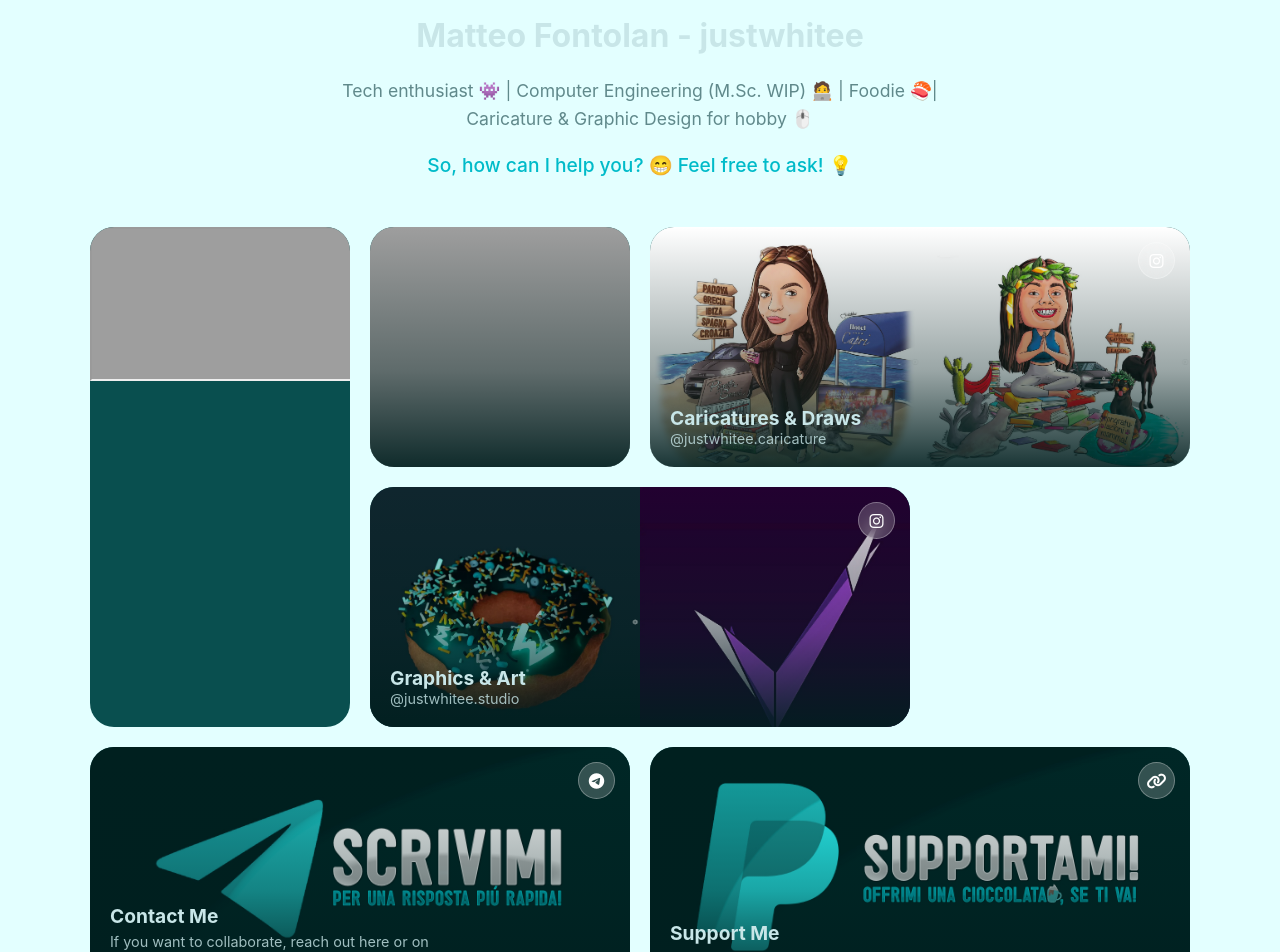
Repository: itsjustwhitee/itsjustwhitee.github.io
Page: bento/index.html
The author's editor kept a copy of each file at every save. The page is drawn from the files as they stood at one save, then again after the next save.
The browser window is 1280 px wide. The pictures show the part of the page from y = 364 to 1316 px (the page is 2431 px tall).
Pictures or frames that could not be fetched are drawn as grey boxes.

Above is the page before, as saved 2026-01-17 21:50:19.

### bento/index.html
<!DOCTYPE html>
<html lang="en">
<head>
    <meta charset="UTF-8">
    <meta name="viewport" content="width=device-width, initial-scale=1.0">
    <title>justwhitee's bento</title>
    <link rel="stylesheet" href="style.css">
    <link rel="stylesheet" href="https://cdnjs.cloudflare.com/ajax/libs/font-awesome/6.5.1/css/all.min.css">
</head>
<body>
    <div class="container">
        <!-- Profile Header -->
        <header class="profile-header">
            <img src="./assets/propic.jpg" alt="That should've been me :C" class="profile-pic">
            <h1>Matteo Fontolan - justwhitee</h1>
            <p class="bio">Tech enthusiast 👾 | Computer Engineering (M.Sc. WIP) 🧑‍💻 | Foodie 🍣| Caricature & Graphic Design for hobby 🖱️
            </p>
            <p class="cta">So, how can I help you? 😁 Feel free to ask! 💡</p>
        </header>

        <!-- Bento Grid -->
        <main class="bento-grid" id="bento-grid">
            <!-- Contents will be displayed here by JS -->
        </main>
    </div>
    <script src="script.js"></script>
</body>
</html>

### bento/style.css
:root {
    --bg-color: #e3ffff;
    --card-bg: #094f4f;
    --text-light: #c8e6e8;
    --text-dim: #60898b;
    --accent: #00bbc9;
    --radius: 24px;
}

body {
    font-family: 'Inter', sans-serif;
    background-color: var(--bg-color);
    color: var(--text-light);
    margin: 0;
    padding: 40px 20px;
}

.container {
    max-width: 1100px;
    margin: 0 auto;
}

.profile-header {
    text-align: center;
    margin-bottom: 50px;
}

.profile-pic {
    width: 300;
    height: 300px;
    border-radius: 50%;
    object-fit: cover;
    margin-bottom: 15px;
}

/* Dinamic Grid */
.bento-grid {
    display: grid;
    grid-template-columns: repeat(4, 1fr); /* 4 columns on desktop */
    grid-auto-rows: 240px; /* Base height of every slot */
    gap: 20px;
}

/* Base Card */
.card {
    position: relative;
    background: var(--card-bg);
    border-radius: var(--radius);
    transition: transform 0.3s ease;
    overflow: hidden;
}

.card:hover {
    transform: translateY(-5px);
}

/* Cards dimensions */
.small { grid-column: span 1; grid-row: span 1; } /* Square 1x1 */
.wide  { grid-column: span 2; grid-row: span 1; } /* Horizontal Rectangle 2x1 */
.tall  { grid-column: span 1; grid-row: span 2; } /* Vertical Rectangle 1x2 */
.large { grid-column: span 2; grid-row: span 2; } /* Large Square 2x2 */

/* Overlay for background images (for text readability) */
.card-image-bg {
    position: absolute;
    top: 0; left: 0; width: 100%; height: 100%;
    background-size: cover;
    background-position: center;
    z-index: 1;
    transition: transform 0.5s ease;
}
.card-image-bg[style*="background-color"] {
    opacity: 1;
}

/* Internal Cards styles */
.card h3 {
    font-size: 1.3rem;
    margin: 0;
    font-weight: 700;
    /* text-shadow: 0 2px 4px rgba(0,0,0,0.5); /* Leggibilità sopra le foto */
}
.card p {
    font-size: 0.9rem;
    opacity: 0.9;
    margin-top: 5px;
}

/* Responsive: scale tablet and mobile */
@media (max-width: 900px) {
    .bento-grid { grid-template-columns: repeat(2, 1fr); }
}

@media (max-width: 600px) {
    .bento-grid {
        grid-template-columns: 1fr;
        grid-auto-rows: auto;
    }
    .small, .wide, .tall, .large {
        grid-column: span 1;
        grid-row: auto;
        min-height: 250px;
    }
}
.card.wide[style*="background-color"] .overlay {
    justify-content: center;
}

.overlay {
    position: absolute;
    bottom: 0;
    left: 0;
    width: 100%;
    height: 100%;
    /* Gradiente scuro dal basso verso l'alto per far risaltare il testo bianco */
    background: linear-gradient(to top, rgba(0, 31, 31, 0.9) 0%, rgba(0, 31, 31, 0.4) 40%, transparent 100%);
    display: flex;
    flex-direction: column;
    justify-content: flex-end;
    padding: 20px;
    box-sizing: border-box;
    z-index: 2;
}

.bio {
    font-size: 1.1rem;
    color: var(--text-dim);
    max-width: 600px;
    margin: 10px auto;
    line-height: 1.6;
}

.cta {
    font-size: 1.2rem;
    font-weight: 500;
    margin-top: 20px;
    color: var(--accent);
}

/* linkable cards (graphical elements) */
.card-link {
    text-decoration: none;
    color: inherit;
    cursor: pointer;
    display: block;
}

/* Hover effect more emphatized*/
.card-link:hover .card-image-bg {
    transform: scale(1.1);
}

/* Avoid that the iframe "eats" the click if the card is a link */
.iframe-container {
    width: 100%;
    height: 100%;
    pointer-events: none; /* Makes the iframe non-interactive so the click passes to the card */
}

/* Allign title and icon in a row */
.title-row {
    display: flex;
    align-items: center;
    gap: 12px;
    margin-bottom: 5px;
}

.card-icon {
    font-size: 1.5rem; /* icon size */
    display: flex;
    align-items: center;
    justify-content: center;
}

.overlay h3 {
    margin: 0;
    font-size: 1.2rem;
}

.overlay p {
    margin: 0;
    font-size: 0.9rem;
    opacity: 0.8;
}

/* Grid for Instagram manual cards */
.ig-grid-container {
    display: grid;
    grid-template-columns: 1fr 1fr;
    grid-template-rows: 1fr 1fr;
    width: 100%;
    height: 100%;
    gap: 0;
}

.ig-photo {
    width: 100%;
    height: 100%;
    object-fit: cover;
}

/* Icon in the corner for cards with links */
.card-corner-icon {
    position: absolute;
    top: 15px;
    right: 15px;
    z-index: 10;
    background: rgba(255, 255, 255, 0.2);
    backdrop-filter: blur(8px); /* glass blurred effect */
    width: 35px;
    height: 35px;
    border-radius: 50%;
    display: flex;
    align-items: center;
    justify-content: center;
    color: white;
    font-size: 1rem;
    border: 1px solid rgba(255, 255, 255, 0.3);
}

/* Card fix for white ones */
/* If the background is white, the text must become dark to be readable */
.card[style*="background-color: #ffffff"] .overlay,
.card[style*="background-color: white"] .overlay {
    background: rgba(255, 255, 255, 0.1); /* Remove the dark gradient */
    color: #031f1f; /* Dark color same as your --bg-color */
}

.card[style*="background-color: #ffffff"] .card-icon {
    color: #031f1f;
}

/* Center content for cards without image (only color) */
.card-image-bg[style*="background-color"] + .overlay {
    justify-content: center;
    align-items: center;
    text-align: center;
    background: none; /* Remove gradient if it's only a solid color */
}

### bento/script.js
const bentoData = [
    {
        // GitHub
        type: "iframe",
        size: "tall",
        src: "https://github-readme-stats.vercel.app/api?username=itsjustwhitee&show_icons=true&theme=dark&hide_border=true",
    },
    {
        type: "image",
        size: "small",
        bg: "assets/logo_itsjustwhitee.png",
    },
    {
        type: "instagram-manual",
        size: "wide",
        title: "Caricatures & Draws",
        username: "@justwhitee.caricature",
        images: [
            "assets/justwhitee.caricature/1.png",
            "assets/justwhitee.caricature/2.png",
            "assets/justwhitee.caricature/3.png",
            "assets/justwhitee.caricature/4.png",
        ],
        link: "https://www.instagram.com/justwhitee.caricature"
    },
    {
        type: "instagram-manual",
        size: "wide",
        title: "Graphics & Art",
        username: "@justwhitee.studio",
        images: [
            "assets/justwhitee.studio/1.png",
            "assets/justwhitee.studio/2.png",
            "assets/justwhitee.studio/3.png",
            "assets/justwhitee.studio/4.png",
        ],
        link: "https://www.instagram.com/justwhitee.studio"
    },
    {
        type: "image",
        size: "wide",
        title: "Contact Me",
        desc: "If you want to collaborate, reach out here or on justwhitee.studio@gmail.com!",
        bg: "assets/writeTelegram.jpg",
        link: "https://t.me/justwhitee"
    },
    {
        type: "image",
        size: "wide",
        title: "Support Me",
        desc: "If you want to buy me a coffee or something, you can do it here!",
        bg: "assets/paypalBanner.jpg",
        link: "https://www.paypal.com/paypalme/justwhitee"
    },
    {
        type: "image",
        size: "wide",
        title: "My Subito Shop",
        desc: "Something I do not use anymore, may be you can find something useful!",
        bg: "assets/Subito.jpg",
        link: "https://www.subito.it/utente/115681616"
    },
    {
        type: "image",
        size: "wide",
        title: "My Vinted Shop",
        desc: "...Or here...",
        bg: "assets/Vinted.jpg",
        link: "https://www.vinted.it/member/98964478-matteottf"
    },
    {
        type: "image",
        size: "wide",
        title: "My Wallapop Shop",
        desc: "...Or even here...",
        bg: "assets/Wallapop.jpg",
        link: "https://www.wallapop.com/user/matteof-452229251"
    },
    {
        type: "image",
        size: "wide",
        title: "My ebay Shop",
        desc: "...Or finally here!",
        bg: "assets/ebay.jpg",
        link: "https://ebay.us/m/cxwlKH"
    },
    {
        type: "image",
        size: "wide",
        title: "Me in private :D",
        link: "https://www.instagram.com/matteo.ttf",
        bg: "#ffffff",
    },
    {
        type: "image",
        size: "wide",
        title: "Some Notes and Resources",
        link: "https://justwhitee.notion.site/Materiali-utili-su-Notion-6d4afc02fd114ee1b65fac5ab8e25201?pvs=4",
        bg: "#ffffff",
    },
    {
        type: "image",
        size: "wide",
        title: "My amazon wishlist",
        link: "https://www.amazon.it/hz/wishlist/ls/2VEY37Y3KUVK8?ref_=wl_share",
        bg: "#ffffff",
    },
];

function getIcon(link) {
    if (!link) return "";
    if (link.includes("instagram.com")) return '<i class="fa-brands fa-instagram"></i>';
    if (link.includes("telegram.me") || link.includes("t.me")) return '<i class="fa-brands fa-telegram"></i>';
    if (link.includes("paypal.me")) return '<i class="fa-brands fa-paypal"></i>';
    if (link.includes("amazon.")) return '<i class="fa-brands fa-amazon"></i>';
    if (link.includes("github.com")) return '<i class="fa-brands fa-github"></i>';
    if (link.includes("notion.site")) return '<i class="fa-solid fa-note-sticky"></i>';
    if (link.includes("vinted")) return '<i class="fa-solid fa-shirt"></i>';
    if (link.includes("ebay")) return '<i class="fa-brands fa-ebay"></i>';
    if (link.includes("subito")) return '<i class="fa-solid fa-cart-shopping"></i>';
    return '<i class="fa-solid fa-link"></i>'; // Icona di default
}

const grid = document.getElementById('bento-grid');

function loadBento() {
    bentoData.forEach(item => {
        const card = document.createElement(item.link ? 'a' : 'div');
        if (item.link) {
            card.href = item.link;
            card.target = "_blank";
            card.classList.add('card-link');
        }

        card.classList.add('card', item.size);

        if (item.type === "image") {
            const isColor = item.bg.startsWith('#');
            const bgStyle = isColor ? `background-color: ${item.bg}` : `background-image: url('${item.bg}')`;
            const iconHtml = isColor ? `<div class="card-icon">${getIcon(item.link)}</div>` : '';
            const cornerIconHtml = (!isColor && item.link) ? `<div class="card-corner-icon">${getIcon(item.link)}</div>` : '';

            card.innerHTML = `
                <div class="card-image-bg" style="${bgStyle}"></div>
                ${cornerIconHtml}
                <div class="overlay">
                    <div class="title-row">
                        ${iconHtml}
                        <h3>${item.title || ''}</h3>
                    </div>
                    ${item.desc ? `<p>${item.desc}</p>` : ''}
                </div>
            `;
        } else if (item.type === "iframe") {
            card.innerHTML = `<div class="iframe-container"><iframe src="${item.src}"></iframe></div>`;
        }
        else if (item.type === "instagram-manual") {
            let photosHtml = '';
            item.images.forEach(img => {
                photosHtml += `<img src="${img}" class="ig-photo">`;
            });

            card.innerHTML = `
                <div class="ig-grid-container">
                    ${photosHtml}
                </div>
                <div class="card-corner-icon"><i class="fa-brands fa-instagram"></i></div>
                <div class="overlay">
                    <h3>${item.title}</h3>
                    <p>${item.username}</p>
                </div>
            `;
        }

        grid.appendChild(card);
    });
}

document.addEventListener('DOMContentLoaded', loadBento);

After the next save:
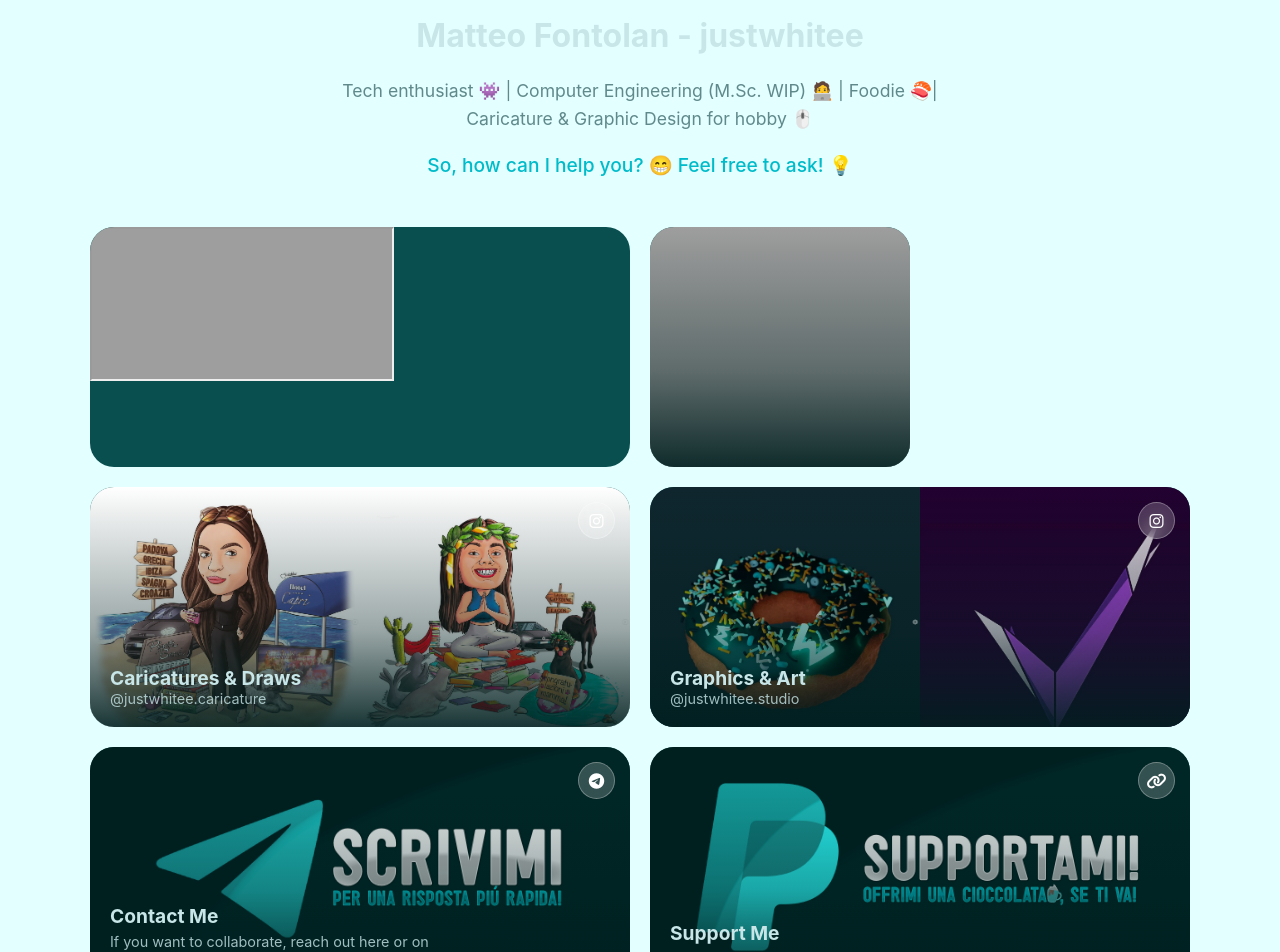
Saved 31 s later.
--- a/bento/script.js
+++ b/bento/script.js
@@ -2,7 +2,7 @@
     {
         // GitHub
         type: "iframe",
-        size: "tall",
+        size: "wide",
         src: "https://github-readme-stats.vercel.app/api?username=itsjustwhitee&show_icons=true&theme=dark&hide_border=true",
     },
     {
